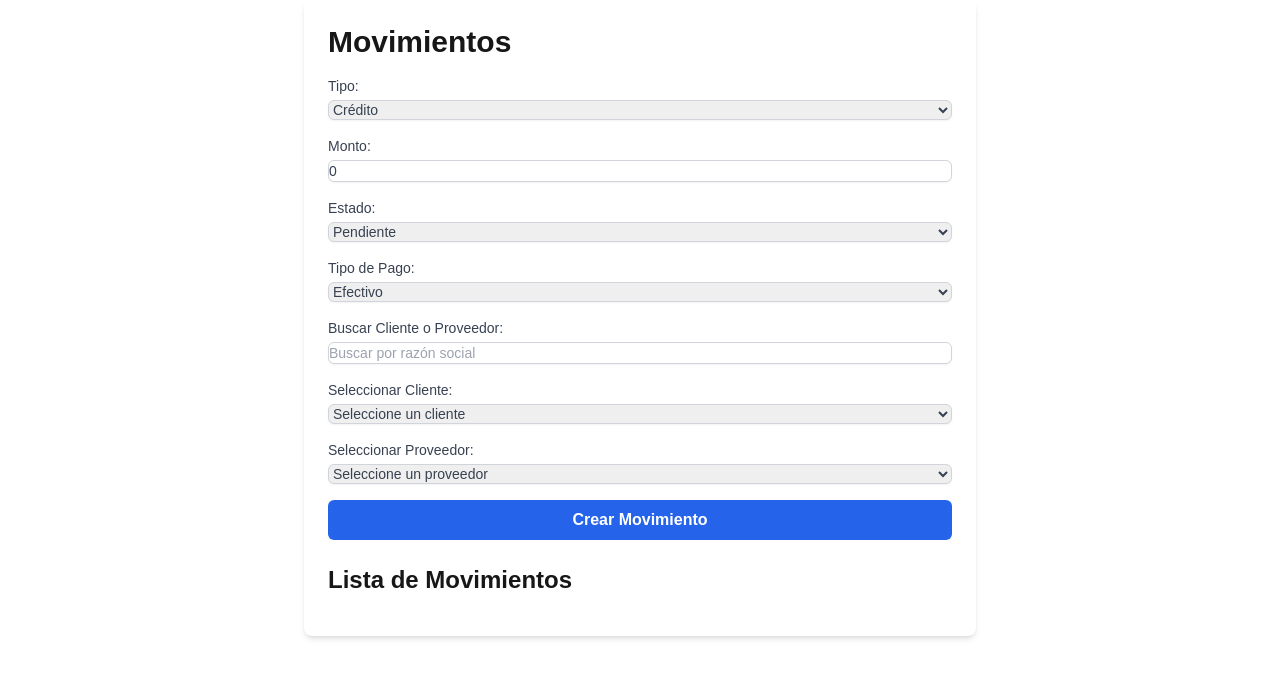
Repository: manucavallera/Sistema-Gestion
Page: /movimientos
These files come from the project's save history. The page is drawn as it stood at one moment and after the next save; the edit follows.
The browser window is 1280 px wide. The pictures show the whole page.
The page's requests for data from a server got no answer. The project was rebuilt for these pictures with package versions that can differ from the ones it lists, and the page was loaded fresh each time. The framework's server and built-in components were replaced by stand-ins that run in the browser. No one was signed in, and anything a server would have sent is missing. Also part of the build but not shown: next.config.mjs.

Above is the page before, as saved 2024-11-21 14:56:15.

### src/app/movimientos/page.tsx
"use client";
import { useEffect, useState } from "react";

interface Movimiento {
  id: number;
  tipo: string; // "CREDITO" o "DEBITO"
  monto: number;
  estado: string; // "PENDIENTE", "COMPLETADO", "CANCELADO"
  tipoPago: string; // "EFECTIVO", "TARJETA", etc.
  clienteId: number | null;
  proveedorId: number | null;
}

interface Cliente {
  id: number;
  razonSocial: string;
}

interface Proveedor {
  id: number;
  razonSocial: string;
}

const MovimientosPage = () => {
  const [movimientos, setMovimientos] = useState<Movimiento[]>([]);
  const [clientes, setClientes] = useState<Cliente[]>([]);
  const [proveedores, setProveedores] = useState<Proveedor[]>([]);
  const [tipo, setTipo] = useState<string>("CREDITO");
  const [monto, setMonto] = useState<number>(0);
  const [estado, setEstado] = useState<string>("PENDIENTE");
  const [tipoPago, setTipoPago] = useState<string>("EFECTIVO");
  const [clienteId, setClienteId] = useState<number | null>(null);
  const [proveedorId, setProveedorId] = useState<number | null>(null);
  const [searchTerm, setSearchTerm] = useState<string>("");

  // Funciones para obtener datos
  const fetchMovimientos = async () => {
    const response = await fetch("/api/movimientos");
    const data = await response.json();
    setMovimientos(data);
  };

  const fetchClientesYProveedores = async () => {
    const [clientesResponse, proveedoresResponse] = await Promise.all([
      fetch(`/api/clientes?razonSocial=${searchTerm}`),
      fetch(`/api/proveedores?razonSocial=${searchTerm}`),
    ]);
    const clientesData = await clientesResponse.json();
    const proveedoresData = await proveedoresResponse.json();
    setClientes(clientesData);
    setProveedores(proveedoresData);
  };

  useEffect(() => {
    fetchMovimientos();
  }, []);

  const handleCreateMovimiento = async (e: React.FormEvent) => {
    e.preventDefault();
    const response = await fetch("/api/movimientos", {
      method: "POST",
      headers: {
        "Content-Type": "application/json",
      },
      body: JSON.stringify({
        tipo,
        monto,
        estado,
        tipoPago,
        clienteId,
        proveedorId,
      }),
    });

    if (response.ok) {
      // Resetear los estados
      setTipo("CREDITO");
      setMonto(0);
      setEstado("PENDIENTE");
      setTipoPago("EFECTIVO");
      setClienteId(null);
      setProveedorId(null);
      fetchMovimientos();
    } else {
      const errorData = await response.json();
      console.error("Error al crear movimiento:", errorData.error);
    }
  };

  const handleSelectCliente = (id: number | null) => {
    setClienteId(id);
    setProveedorId(null); // Deshabilitar proveedor si se selecciona cliente
  };

  const handleSelectProveedor = (id: number | null) => {
    setProveedorId(id);
    setClienteId(null); // Deshabilitar cliente si se selecciona proveedor
  };

  return (
    <div className='max-w-2xl mx-auto p-6 bg-white rounded-lg shadow-md'>
      <h1 className='text-3xl font-bold mb-4'>Movimientos</h1>
      <form onSubmit={handleCreateMovimiento} className='space-y-4'>
        <div>
          <label className='block text-sm font-medium text-gray-700'>
            Tipo:
            <select
              value={tipo}
              onChange={(e) => setTipo(e.target.value)}
              className='mt-1 block w-full border border-gray-300 rounded-md shadow-sm focus:ring-blue-500 focus:border-blue-500'
            >
              <option value='CREDITO'>Crédito</option>
              <option value='DEBITO'>Débito</option>
            </select>
          </label>
        </div>
        <div>
          <label className='block text-sm font-medium text-gray-700'>
            Monto:
            <input
              type='number'
              value={monto}
              onChange={(e) => setMonto(Number(e.target.value))}
              required
              className='mt-1 block w-full border border-gray-300 rounded-md shadow-sm focus:ring-blue-500 focus:border-blue-500'
            />
          </label>
        </div>
        <div>
          <label className='block text-sm font-medium text-gray-700'>
            Estado:
            <select
              value={estado}
              onChange={(e) => setEstado(e.target.value)}
              className='mt-1 block w-full border border-gray-300 rounded-md shadow-sm focus:ring-blue-500 focus:border-blue-500'
            >
              <option value='PENDIENTE'>Pendiente</option>
              <option value='COMPLETADO'>Completado</option>
              <option value='CANCELADO'>Cancelado</option>
            </select>
          </label>
        </div>
        <div>
          <label className='block text-sm font-medium text-gray-700'>
            Tipo de Pago:
            <select
              value={tipoPago}
              onChange={(e) => setTipoPago(e.target.value)}
              className='mt-1 block w-full border border-gray-300 rounded-md shadow-sm focus:ring-blue-500 focus:border-blue-500'
            >
              <option value='EFECTIVO'>Efectivo</option>
              <option value='TARJETA'>Tarjeta</option>
              <option value='TRANSFERENCIA'>Transferencia</option>
              <option value='CHEQUE'>Cheque</option>
            </select>
          </label>
        </div>
        <div>
          <label className='block text-sm font-medium text-gray-700'>
            Buscar Cliente o Proveedor:
            <input
              type='text'
              value={searchTerm}
              onChange={(e) => setSearchTerm(e.target.value)}
              onBlur={fetchClientesYProveedores}
              placeholder='Buscar por razón social'
              className='mt-1 block w-full border border-gray-300 rounded-md shadow-sm focus:ring-blue-500 focus:border-blue-500'
            />
          </label>
        </div>
        <div>
          <label className='block text-sm font-medium text-gray-700'>
            Seleccionar Cliente:
            <select
              value={clienteId || ""}
              onChange={(e) =>
                handleSelectCliente(
                  e.target.value ? Number(e.target.value) : null
                )
              }
              className='mt-1 block w-full border border-gray-300 rounded-md shadow-sm focus:ring-blue-500 focus:border-blue-500'
            >
              <option value=''>Seleccione un cliente</option>
              {clientes.map((cliente) => (
                <option key={cliente.id} value={cliente.id}>
                  {cliente.razonSocial}
                </option>
              ))}
            </select>
          </label>
        </div>
        <div>
          <label className='block text-sm font-medium text-gray-700'>
            Seleccionar Proveedor:
            <select
              value={proveedorId || ""}
              onChange={(e) =>
                handleSelectProveedor(
                  e.target.value ? Number(e.target.value) : null
                )
              }
              className='mt-1 block w-full border border-gray-300 rounded-md shadow-sm focus:ring-blue-500 focus:border-blue-500'
            >
              <option value=''>Seleccione un proveedor</option>
              {proveedores.map((proveedor) => (
                <option key={proveedor.id} value={proveedor.id}>
                  {proveedor.razonSocial}
                </option>
              ))}
            </select>
          </label>
        </div>
        <button
          type='submit'
          className='w-full py-2 px-4 bg-blue-600 text-white font-semibold rounded-md hover:bg-blue-700 transition duration-200'
        >
          Crear Movimiento
        </button>
      </form>
      <h2 className='text-2xl font-bold mt-6'>Lista de Movimientos</h2>
      <ul className='mt-4 space-y-2'>
        {movimientos.map((movimiento) => {
          const cliente = clientes.find((c) => c.id === movimiento.clienteId);
          const proveedor = proveedores.find(
            (p) => p.id === movimiento.proveedorId
          );
          const razonSocial = cliente
            ? cliente.razonSocial
            : proveedor
            ? proveedor.razonSocial
            : "N/A";
          return (
            <li
              key={movimiento.id}
              className='p-4 border border-gray-200 rounded-md shadow-sm'
            >
              {razonSocial} - {movimiento.tipo} - ${movimiento.monto} -
              PENDIENTE - {movimiento.tipoPago}
              <button
                onClick={async () => {
                  const response = await fetch(
                    `/api/movimientos/${movimiento.id}`,
                    {
                      method: "PATCH",
                      headers: {
                        "Content-Type": "application/json",
                      },
                      body: JSON.stringify({ estado: "COMPLETADO" }),
                    }
                  );
                  if (response.ok) {
                    fetchMovimientos(); // Actualizar la lista de movimientos
                  }
                }}
                className='ml-4 text-blue-600 hover:underline'
              >
                Marcar como Completado
              </button>
            </li>
          );
        })}
      </ul>
    </div>
  );
};

export default MovimientosPage;

Loaded but not shown: src/app/layout.tsx (common file); src/app/globals.css (common file); tailwind.config.ts (common file)

After the next save:
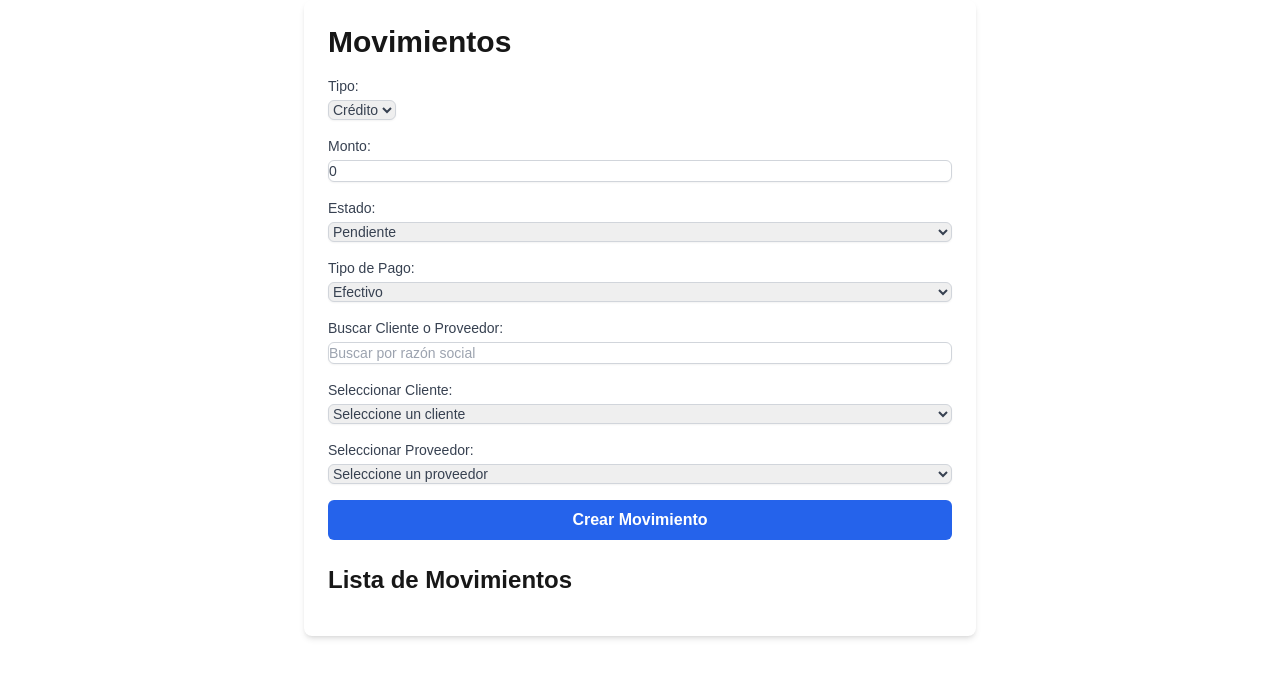
Saved 6 min 22 s later.
--- a/src/app/movimientos/page.tsx
+++ b/src/app/movimientos/page.tsx
@@ -97,6 +97,22 @@ const MovimientosPage = () => {
     setClienteId(null); // Deshabilitar cliente si se selecciona proveedor
   };
 
+  const handleStatusChange = async (id: number, newStatus: string) => {
+    const response = await fetch(`/api/movimientos/${id}`, {
+      method: "PATCH",
+      headers: {
+        "Content-Type": "application/json",
+      },
+      body: JSON.stringify({ estado: newStatus }),
+    });
+    if (response.ok) {
+      fetchMovimientos(); // Actualizar la lista de movimientos
+    } else {
+      const errorData = await response.json();
+      console.error("Error al actualizar estado:", errorData.error);
+    }
+  };
+
   return (
     <div className='max-w-2xl mx-auto p-6 bg-white rounded-lg shadow-md'>
       <h1 className='text-3xl font-bold mb-4'>Movimientos</h1>
@@ -107,7 +123,7 @@ const MovimientosPage = () => {
             <select
               value={tipo}
               onChange={(e) => setTipo(e.target.value)}
-              className='mt-1 block w-full border border-gray-300 rounded-md shadow-sm focus:ring-blue-500 focus:border-blue-500'
+              className='mt-1 block w -full border border-gray-300 rounded-md shadow-sm focus:ring-blue-500 focus:border-blue-500'
             >
               <option value='CREDITO'>Crédito</option>
               <option value='DEBITO'>Débito</option>
@@ -235,27 +251,18 @@ const MovimientosPage = () => {
               className='p-4 border border-gray-200 rounded-md shadow-sm'
             >
               {razonSocial} - {movimiento.tipo} - ${movimiento.monto} -
-              PENDIENTE - {movimiento.tipoPago}
-              <button
-                onClick={async () => {
-                  const response = await fetch(
-                    `/api/movimientos/${movimiento.id}`,
-                    {
-                      method: "PATCH",
-                      headers: {
-                        "Content-Type": "application/json",
-                      },
-                      body: JSON.stringify({ estado: "COMPLETADO" }),
-                    }
-                  );
-                  if (response.ok) {
-                    fetchMovimientos(); // Actualizar la lista de movimientos
-                  }
-                }}
-                className='ml-4 text-blue-600 hover:underline'
+              <select
+                value={movimiento.estado}
+                onChange={(e) =>
+                  handleStatusChange(movimiento.id, e.target.value)
+                }
+                className='ml-4 border border-gray-300 rounded-md'
               >
-                Marcar como Completado
-              </button>
+                <option value='PENDIENTE'>Pendiente</option>
+                <option value='COMPLETADO'>Completado</option>
+                <option value='CANCELADO'>Cancelado</option>
+              </select>
+              - {movimiento.tipoPago}
             </li>
           );
         })}
